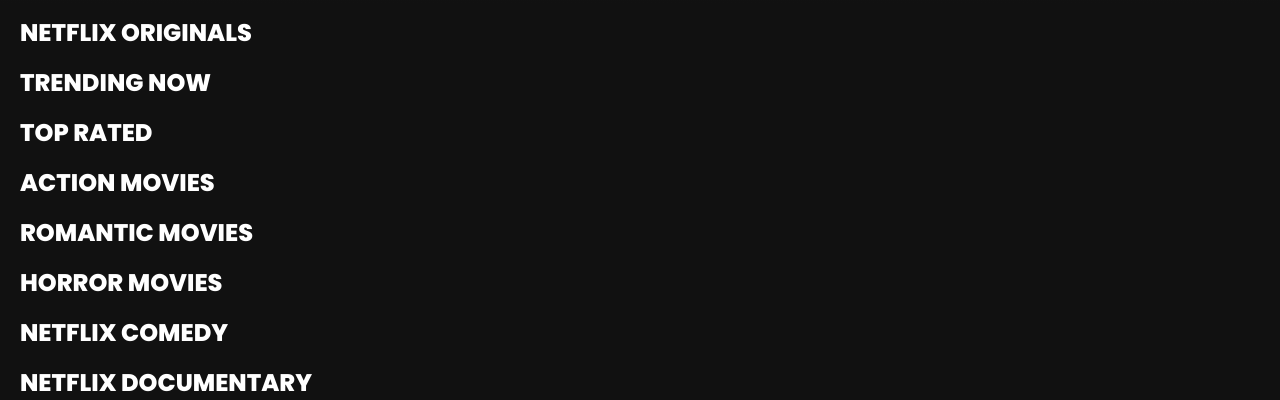
Repository: samuel355/netflixreact
Page: /
These files come from the project's save history. The page is drawn as it stood at one moment and after a run of saves; the edit follows.
The browser window is 1280 px wide. The pictures show the part of the page from y = 650 to 1370 px (the page is 1050 px tall before and 1370 px after).
The page's requests for data from a server got no answer. The project was rebuilt for these pictures with package versions that can differ from the ones it lists, and the page was loaded fresh each time. No one was signed in, and anything a server would have sent is missing.

Above is the page before, as saved 2021-07-08 01:47:04.

### src/index.css
@import url('https://fonts.googleapis.com/css2?family=Poppins:ital,wght@0,200;0,300;0,400;0,500;0,600;0,800;1,300&display=swap');
body {
  margin: 0;
  font-family: 'poppins';
  -webkit-font-smoothing: antialiased;
  -moz-osx-font-smoothing: grayscale;
}

code {
  font-family: source-code-pro, Menlo, Monaco, Consolas, 'Courier New',
    monospace;
}
*{
  margin: 0;
}

### src/App.js
import React from 'react';
import './App.css';
import HomeScreen from './screens/HomeScreen'

function App() {
  return (
    <div className="app">
      <HomeScreen />
    </div>
  );
}

export default App;

### src/App.css
.app{
   background-color: #111;
}

### src/screens/HomeScreen/index.js
import React from 'react'
import Nav from './Nav'
import Banner from './Banner'
import Row from './Row'
import requests from '../../Requests'

function HomeScreen() {
    return (
        <div className="homeScreen">
            <Nav />

            <Banner />

            <Row
                title="NETFLIX ORIGINALS"
                fetchUrl={requests.fetchNetflixOriginals}
                isLargeRow
            />

            <Row
                title="TRENDING NOW"
                fetchUrl={requests.fetchTrending}
                isLargeRow
            />

            <Row
                title="TOP RATED"
                fetchUrl={requests.fetchTopRated}
                isLargeRow
            />

            <Row
                title="ACTION MOVIES"
                fetchUrl={requests.fetchActionMovies}
                isLargeRow
            />

            <Row
                title="ROMANTIC MOVIES"
                fetchUrl={requests.fetchRomanceMovies}
                isLargeRow
            />

            <Row
                title="HORROR MOVIES"
                fetchUrl={requests.fetchHorrorMovies}
                isLargeRow
            />

            <Row
                title="NETFLIX COMEDY"
                fetchUrl={requests.fetchComedyMovies}
                isLargeRow
            />

            <Row
                title="NETFLIX DOCUMENTARY"
                fetchUrl={requests.fetchDocumentaries}
                isLargeRow
            />
        </div>
    )
}

export default HomeScreen

### src/features/counterSlice.js
import { createAsyncThunk, createSlice } from '@reduxjs/toolkit';

const initialState = {
  value: 0,
  status: 'idle',
};



export const counterSlice = createSlice({
  name: 'counter',
  initialState,
  // The `reducers` field lets us define reducers and generate associated actions
  reducers: {
    increment: (state) => {
      // Redux Toolkit allows us to write "mutating" logic in reducers. It
      // doesn't actually mutate the state because it uses the Immer library,
      // which detects changes to a "draft state" and produces a brand new
      // immutable state based off those changes
      state.value += 1;
    },
    decrement: (state) => {
      state.value -= 1;
    },
    // Use the PayloadAction type to declare the contents of `action.payload`
    incrementByAmount: (state, action) => {
      state.value += action.payload;
    },
  },

});

export const { increment, decrement, incrementByAmount } = counterSlice.actions;

// The function below is called a selector and allows us to select a value from
// the state. Selectors can also be defined inline where they're used instead of
// in the slice file. For example: `useSelector((state: RootState) => state.counter.value)`
export const selectCount = (state) => state.counter.value;

// We can also write thunks by hand, which may contain both sync and async logic.
// Here's an example of conditionally dispatching actions based on current state.
export const incrementIfOdd = (amount) => (dispatch, getState) => {
  const currentValue = selectCount(getState());
  if (currentValue % 2 === 1) {
    dispatch(incrementByAmount(amount));
  }
};

export default counterSlice.reducer;

### src/screens/HomeScreen/Nav.js
import React, { useState, useEffect } from 'react';
import './Nav.css'

function Nav() {

  const [show, handleShow] = useState(false);

  const transitionNavBar = () => {
    if(window.scrollY > 100){
      handleShow(true)
    }else{
      handleShow(false)
    }
  }

  useEffect(() => {
    window.addEventListener("scroll", transitionNavBar)
    return () => window.removeEventListener('scroll', transitionNavBar)
  }, []);

  return (
    <div className={`nav ${show && "nav__black"}`}>
      <div className="nav__contents">
        <img className="nav__logo" src="./images/netflix-logo.png" alt="" />

        <img className="nav__avatar" src="./images/netflix-user.png" alt="" />
      </div>
    </div>
  );
}

export default Nav;

### src/screens/HomeScreen/Banner.js
import axios from 'axios';
import React, { useEffect, useState } from 'react';
import './Banner.css'
import Axios from '../../axios'
import requests from '../../Requests';

function Banner() {

    const [movie, setMovie] = useState([]);

    useEffect(() => {
      async function fetchData(){
          const request = await Axios.get(requests.fetchNetflixOriginals);
          setMovie(
            request.data.results[
              Math.floor(Math.random() * request.data.results.length - 1)
            ]
          );
        return request
      }

      fetchData()
    }, []);

    console.log(movie)

    function truncate( string, n){

        return string?.length > n ? string.substr(0, n-1) + '...' : string;

    }

  return (
    <header className="banner" style={{
        backgroundSize : "cover",
        backgroundImage : `url("https://image.tmdb.org/t/p/original/${movie?.backdrop_path}")`,
        backgroundPosition : "center center"
    }}>

      <div className="banner__contents">
        <h5 className="banner__title"> { movie?.title || movie?.name || movie?.original_name}</h5>
        <div className="banner__buttons">
            <button className="banner__button"> Play</button>
            <button className="banner__button"> My List</button>
        </div>
        <h1 className="banner__description"> {truncate(movie?.overview, 150)}</h1>
      </div>

      <div className="banner__fadeBottom"></div>
    </header>
  );
}

export default Banner;

### src/screens/HomeScreen/Row.js
import React, { useState, useEffect } from 'react'
import './Row.css'
import Axios from '../../axios'

function Row({title, fetchUrl, isLargeRow=false}) {

    const [movies, setMovies] = useState([])

    const base_url = "https://image.tmdb.org/t/p/original/"

    useEffect(() => {
        async function fetchData(){
            const request  = await Axios.get(fetchUrl)
            setMovies(request.data.results)
            return request;
        }
        fetchData()
    }, [fetchUrl])

    console.log(movies)
    return (
        <div className="row">
            <h2> {title }</h2>


        </div>
    )
}

export default Row

### src/Requests.js
const API_KEY = "a85d73c3126055bccbe363d616daf39b"

const requests = {
    fetchTrending: `/trending/all/week?api_key=${API_KEY}&language=en-US`,
    fetchNetflixOriginals: `/discover/tv?api_key=${API_KEY}&with_networks=213`,
    fetchTopRated: `/movie/top_rated?api_key=${API_KEY}&language=en-US`,
    fetchActionMovies: `/discover/movie?api_key=${API_KEY}&with_genres=28`,
    fetchComedyMovies: `/discover/movie?api_key=${API_KEY}&with_genres=35`,
    fetchHorrorMovies: `/discover/movie?api_key=${API_KEY}&with_genres=27`,
    fetchRomanceMovies: `/discover/movie?api_key=${API_KEY}&with_genres=10749`,
    fetchDocumentaries: `/discover/movie?api_key=${API_KEY}&with_genres=99`,

}

export default requests;

### src/screens/HomeScreen/Nav.css
.nav{
    position: fixed;
    top: 0;
    padding: 10px;
    width: 100%;
    height: 30px;
    z-index: 1;

    /* Animations*/
    transition-timing-function: ease-in;
    transition: all 0.5s;
}
.nav__content{
    display: flex;
    justify-content: space-between;
}

.nav__logo{
    position: fixed;
    left: 0;
    top: 0;
    width: 100px;
    cursor: pointer;
    padding-left: 30px;
    object-fit: contain;
}
.nav__menuIcon{
    color: white;
    padding-left: .125rem;
    padding-right: .5rem;
    padding-top: .2rem;
    font-size: 30px !important;
}
.nav__avatar{
    cursor: pointer;
    position: fixed;
    right: 20px;
    width: 30px;
    height: 30px;
}
.nav__black{
    background-color: #111;
}

### src/screens/HomeScreen/Banner.css
.banner{
    height: 650px;
    position: relative;
    color: white;
    object-fit: contain;
}
.banner__container{
    margin-left: 1rem
}
.banner__contents{
    margin-left: 40px;
    padding-top: 140px;
    height: 190px;
    padding-bottom: 0.3rem;
}
.banner__title{
    font-size: 50px;
}
.banner__description{
    margin-top: 1.2rem;
    width: 450px;
    line-height: 1.3rem;
    padding-top: 1rem;
    font-size: 1.075rem;
    max-width: 400px;
    height: 80px;
    font-weight: 300;
    word-spacing: 8px;
}
.banner__fadeBottom{
    height: 20rem;
    background-image: linear-gradient(
        180deg,
        transparent,
        rgba(37, 37, 37, 0.61),
        #111
    );
}
.banner__button{
    cursor: pointer;
    outline: none;
    border: none;
    color: white;
    font-size: 18px;
    font-weight: 800;
    border-radius: 0.2vw;
    padding-right: 3rem;
    padding-left: 3rem;
    margin-right: 1rem;
    margin-top: 1.75rem;
    padding-top: 1rem;
    background-color: rgba(51, 51, 51, 0.5);
    padding-bottom: 1rem;
}
.banner__button:hover{
    color: #000;
    background-color: #e6e6e6;
    transition: all 0.3s;
}

### src/axios.js
import axios from 'axios'

const instance = axios.create({
    baseURL: "https://api.themoviedb.org/3/",
})

export default instance;

### src/screens/HomeScreen/Row.css
.row{
    color: white;
    margin-left: 20px;
    margin-top: 15px
}
.row__posters{
    display: flex;
    overflow-y: hidden;
    overflow-x: scroll;
    padding: 20px;
}

.row__posters::-webkit-scrollbar{
    display: none;
}
.row__poster{
   max-height: 120px;
   object-fit: contain;
   margin-right: 10px;
   transition: transform 450ms;
}
.row__poster:hover{
    transform: scale(1.08);
    opacity: 1;
}
.row__posterLarge{
    max-height: 200px;
}
.row__posterLarge:hover{
    transform: scale(1.09);
    opacity: 1;
}

Loaded but not shown: public/index.html (common file); src/index.js (common file); src/app/store.js (common file); src/serviceWorker.js (common file)

After the next 5 saves:
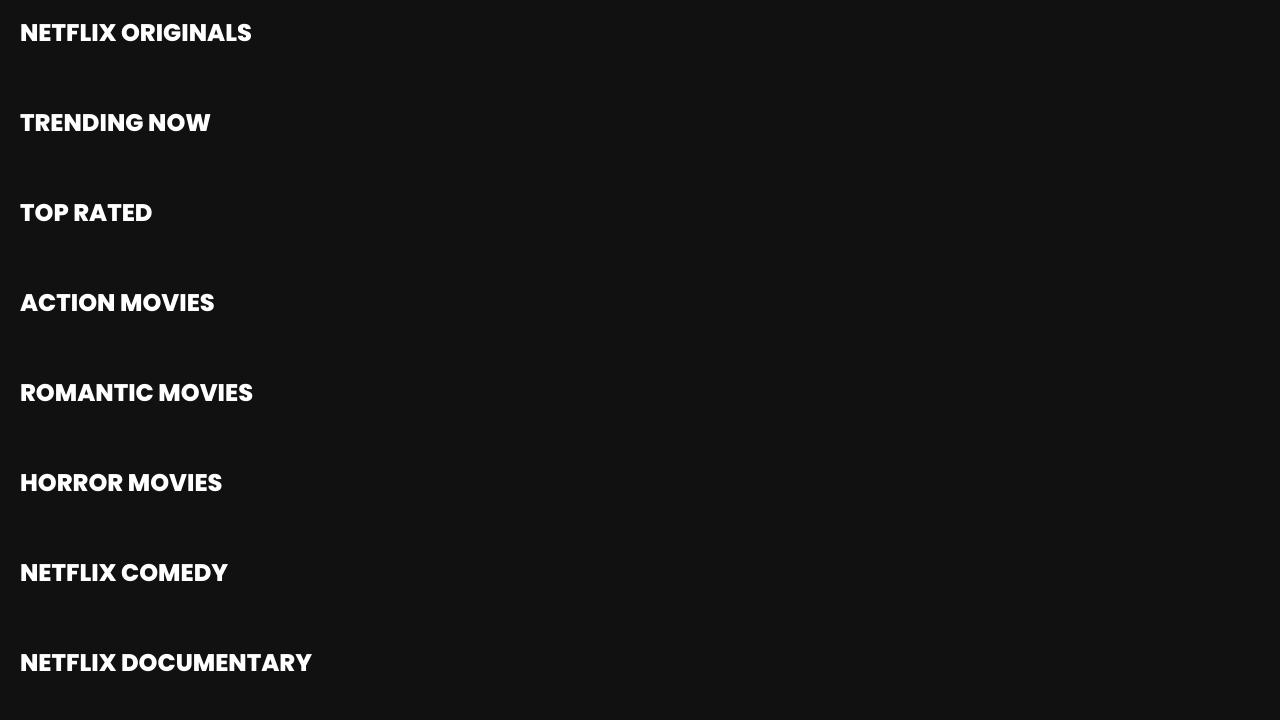
The 5 saves are shown as one change because they came seconds apart.
The last was saved 14 s later.
--- a/src/screens/HomeScreen/Row.js
+++ b/src/screens/HomeScreen/Row.js
@@ -22,7 +22,13 @@
         <div className="row">
             <h2> {title }</h2>
 
-
+            <div className="row__posters">
+            {
+                movies.map((movie) => (
+                    <img key={movie.id} className={`row__poster ${isLargeRow && "row__posterLarge"}`} src={`${base_url}${isLargeRow ? movie.poster_path : movie.backdrop_path}`} alt={movie.name} />
+                ))
+            }
+            </div>
         </div>
     )
 }
